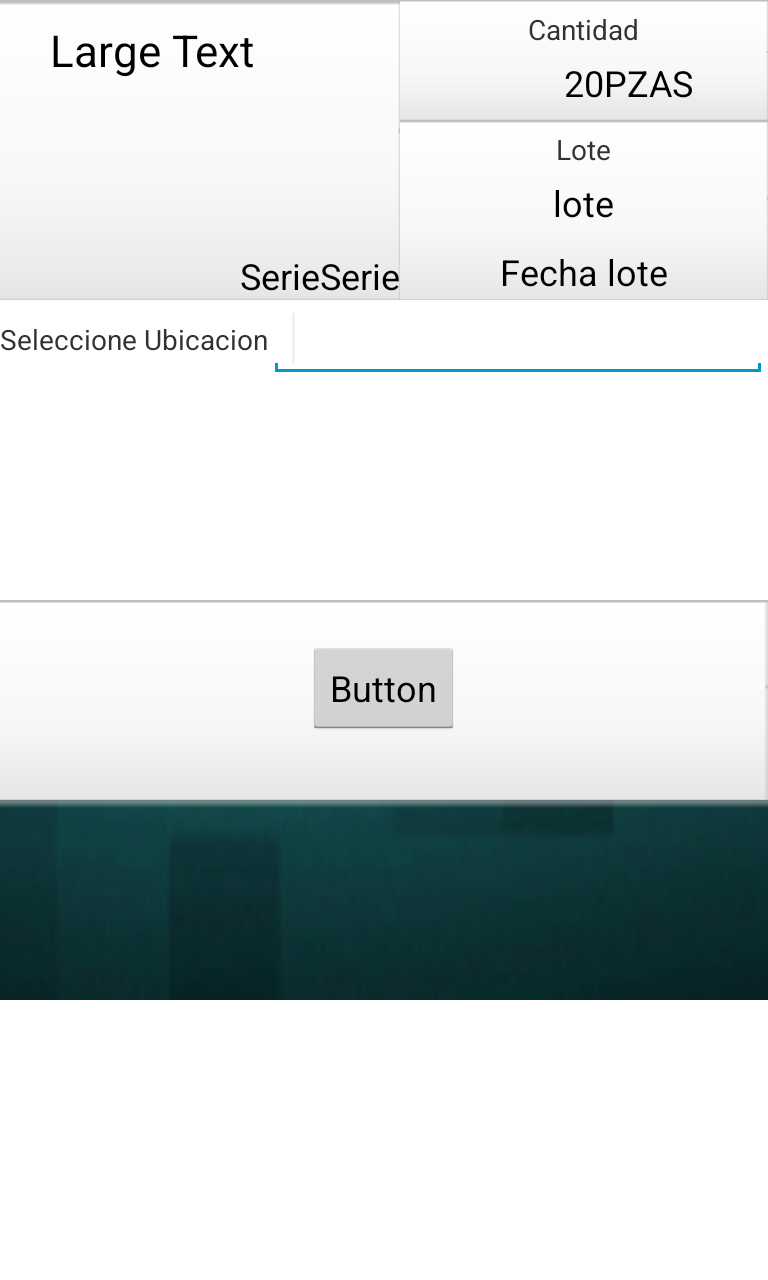
Repository: moynard/PeanutAndroid
Layout: WHSStorekeeper/res/layout/detail_arrivados.xml
These files come from the project's save history. The layout is drawn as it stood at one moment and after the next save; the edit follows.
It is drawn on a 768 x 1280 px phone screen (xhdpi) without system bars, with theme AppTheme; the app's code is not run.

Above is the layout before, as saved 2013-07-25 01:13:54.

After the next save:
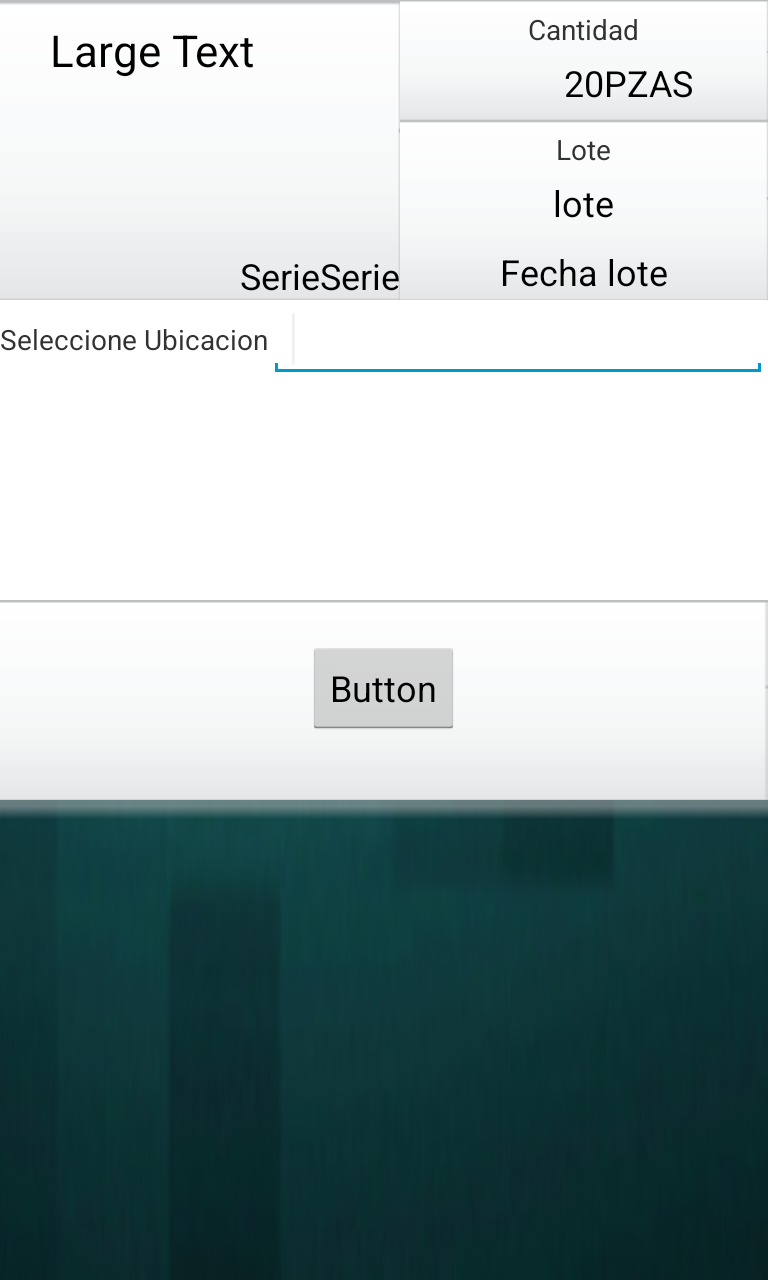
Saved 46 s later.
--- a/WHSStorekeeper/res/layout/detail_arrivados.xml
+++ b/WHSStorekeeper/res/layout/detail_arrivados.xml
@@ -179,7 +179,7 @@
         android:layout_width="fill_parent"
         android:layout_height="100dp"
         android:layout_alignParentLeft="true"
-        android:layout_alignBottom="true"
+        android:layout_alignParentBottom="true"
         android:layout_below="@+id/layoutBoton"
         android:background="@drawable/bgfoot"
          >
